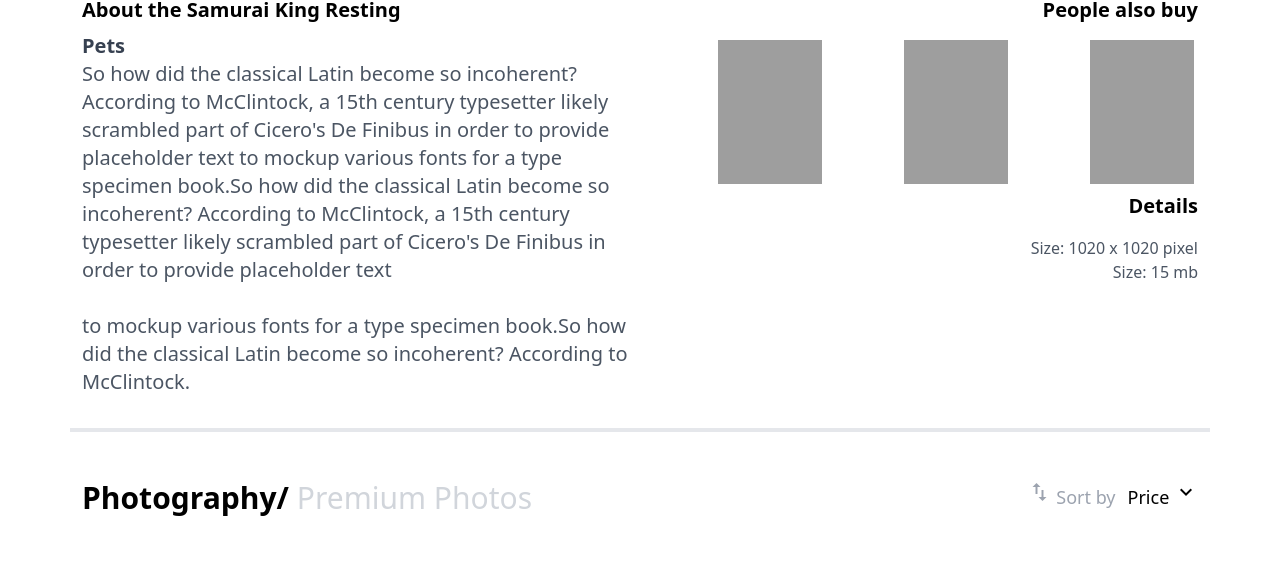
Repository: latenightsnacc/cra-template-html
Page: index.html
An editor plug-in stored every save of this project. The page is shown before and after the next save, followed by the edit.
The browser window is 1280 px wide. The pictures show the part of the page from y = 528 to 1104 px (the page is 2228 px tall).
Pictures or frames that could not be fetched are drawn as grey boxes. A picture or video elsewhere on the page could not be fetched, so the positions and the page height are approximate.

Above is the page before, as saved 2021-04-22 16:03:49.

After the next save:
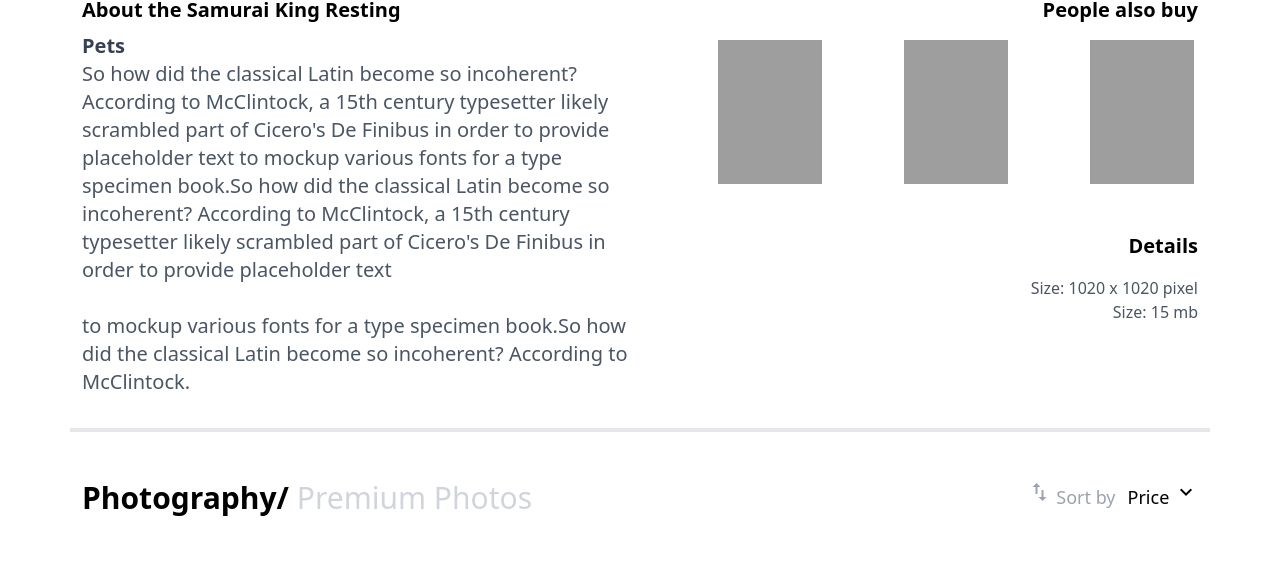
Saved 23 s later.
--- a/index.html
+++ b/index.html
@@ -128,7 +128,7 @@
                         </div>
                     </div>
                     <!--PHOTO OF THE DAY DETAILS-->
-                    <ul class="text-left md:text-right pl-0">
+                    <ul class="text-left md:text-right pl-0 mt-10">
                         <div class=" text-black font-bold text-xl capitalize pb-3">details</div>
                         <li class=" font-normal text-base text-gray-600">Size: 1020 x 1020 pixel</li>
                         <li class=" font-normal text-base text-gray-600">Size: 15 mb</li>
